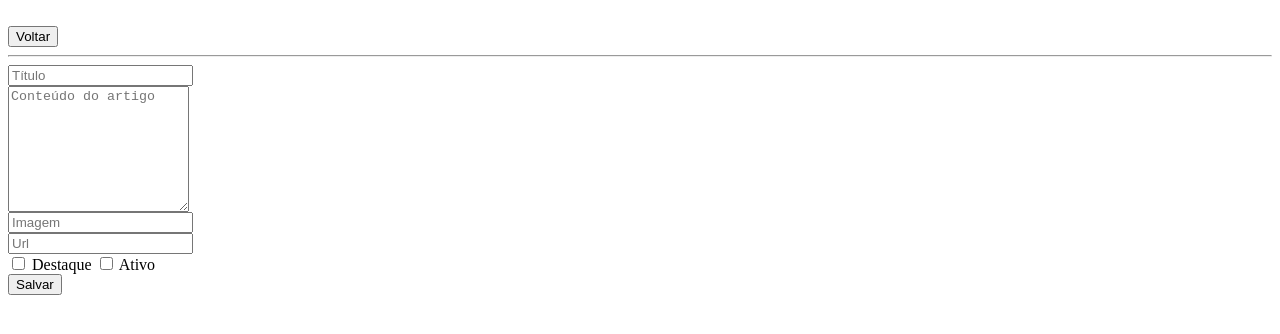
Repository: organicos/organicos.github.io
Page: partials/articles/article.html
The author's editor kept a record of every edit. The page is drawn from the files as they stood at one moment, then again after the next edit.
The browser window is 1280 px wide. The pictures show the whole page.

Above is the page before.

After the next edit:
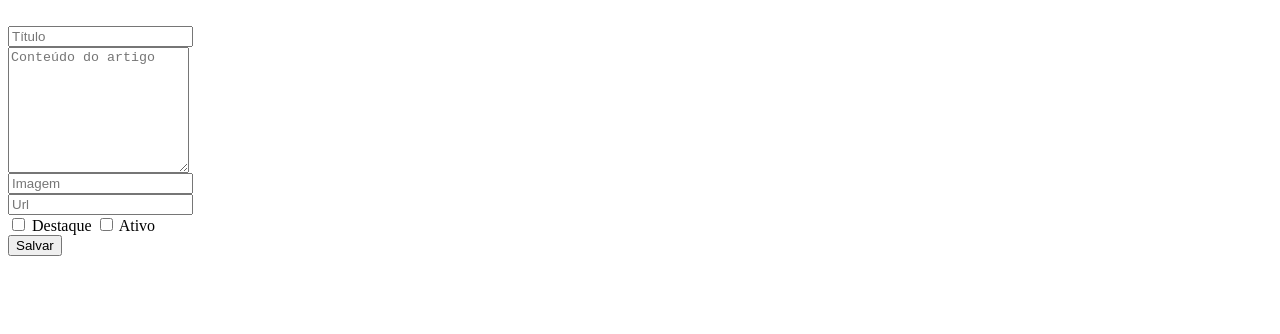
The edit:
--- a/partials/articles/article.html
+++ b/partials/articles/article.html
@@ -1,9 +1,4 @@
 <br>
-
-<button class="btn btn-default" ng-click="$back()">Voltar</button>
-
-<hr>
-
 <form class="form" role="form" ng-submit="articleFormSubmit()">
     <div class="form-group">
         <input class="form-control" type="text" ng-model="article.title" placeholder="Título">
